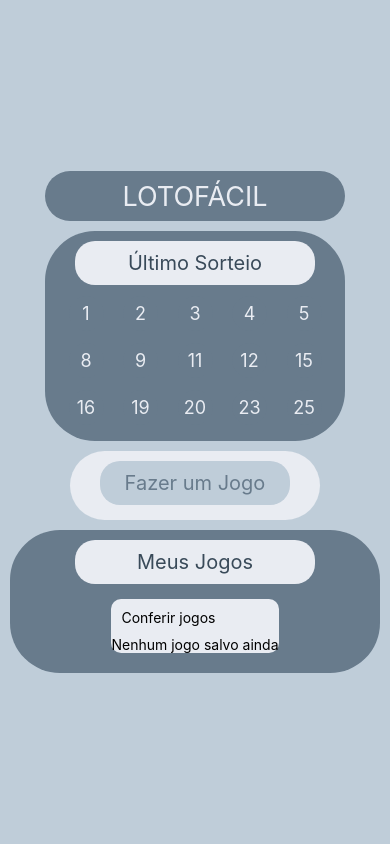
Repository: Deyvid-Kasteh/LotofacilApp
Screen: /
The author's editor kept a copy of each file at every save. The screen is drawn from the files as they stood at one save, then again after the next save.
The app was drawn by React Native's web renderer in a window 390 px wide. The project was rebuilt for these pictures with package versions that can differ from the ones it lists, and the page was loaded fresh each time. Also part of the build but not shown: Bolhas.js, components/Resultado.js, components/Jogo.js, paginaTESTE.js, paginaTESTE2.js, SeuComponentePai.js, components/ResultadoTexte2.js.

Above is the screen before, as saved 2023-12-02 23:17:08.

### App.js
import { StatusBar } from 'expo-status-bar';
import { Text, View } from 'react-native';
import MainPage from './pages/MainPage';

export default function App() {
  return (
    <MainPage/>
  );
}

### pages/MainPage.js
import { View, Text } from 'react-native'
import React from 'react'
import { StatusBar } from "expo-status-bar";
import Resultado from '../components/Resultado';
import PaginaTesteee from '../paginaTESTE';
import Teste2pagina from '../paginaTESTE2';
import SeuComponentePai from '../SeuComponentePai';
import ResultadoTexte from '../components/ResultadoTexte';
import ResultadoTexte2 from '../components/ResultadoTexte2';
import MostrarJogosSalvos from '../components/MostrarJogosSalvos';
import ResultadoTexteParaFazerCorreções from '../paginaTESTE';


const MainPage = () => {
  return (
    <View
      style={{
        flex: 1,
        alignItems: "center",
        justifyContent: "flex-start",
        backgroundColor: "#BFCDD9",
      }}
    >
      <StatusBar style="auto" />
      {/* <Text>Lotofácil</Text> */}
      {/* <Resultado /> */}
      {/* <PaginaTesteee /> */}
      {/* <Teste2pagina/> */}
      {/* <SeuComponentePai/> */}
      <ResultadoTexte />
      {/* <ResultadoTexte2/> */}
      {/* <MostrarJogosSalvos /> */}
      {/* <ResultadoTexteParaFazerCorreções/> */}
    </View>
  );
}

export default MainPage

### components/ResultadoTexte.js
import { View, Text, TouchableOpacity } from "react-native";
import React, { useState } from "react";
import AsyncStorage from "@react-native-async-storage/async-storage";

import Bubble from "./Bubble";
import latestJson from "../Latest.json";
import Bolhas from "../Bolhas";
import Jogo from "./Jogo";
import MostrarJogosSalvos from "./MostrarJogosSalvos";

// Defina constantes para cores
const backgroundColor1 = "#687B8C";
const backgroundColor2 = "#394A59";
const backgroundColor3 = "#E9ECF2";

const bolhasContainerStyle = {
  flexWrap: "wrap",
  flexDirection: "row",
  alignContent: "center",
  justifyContent: "space-evenly",
};
const ResultadoTexte = () => {
  const [viewHeight, setViewHeight] = useState(50);
  const toggleHeight = () => {
    const newHeight = viewHeight === 50 ? 200 : 50;
    setViewHeight(newHeight);
    console.log("mudou");
  };

  const [alturaView1, setAlturaView1] = useState(200);
  const toggleAltura = () => {
    const novaAltura = alturaView1 === 200 ? 50 : 200;
    setAlturaView1(novaAltura);
  };

  const [alturaView3, setAlturaView3] = useState(200);
  const toggleAlturaView3 = () => {
    const novaAlturaView3 = alturaView3 === 200 ? 50 : 200;
    setAlturaView3(novaAlturaView3);
  };

  const dezenas = latestJson.Dezenas;

  const renderFazerJogo = () => {
    const [chosenNumbers, setChosenNumbers] = useState([]);
    const bolhasSelecionadas = chosenNumbers.length;
    const onSaveJogoPress = async () => {
      if (bolhasSelecionadas === 15) {
        try {
          // Recupera os jogos já salvos (se existirem)
          const jogosSalvosJSON = await AsyncStorage.getItem("meusJogos");
          const jogosSalvos = jogosSalvosJSON
            ? JSON.parse(jogosSalvosJSON)
            : [];

          // Cria um objeto representando o jogo atual
          const jogoAtual = {
            numerosSelecionados: chosenNumbers,
            data: new Date().toLocaleString(),
          };

          // Adiciona o jogo atual à lista de jogos
          jogosSalvos.push(jogoAtual);

          // Salva a lista atualizada de jogos no AsyncStorage
          await AsyncStorage.setItem("meusJogos", JSON.stringify(jogosSalvos));

          console.log("Jogo salvo!");
          // Limpa os números escolhidos após salvar o jogo
          setChosenNumbers([]);
        } catch (error) {
          console.error("Erro ao salvar o jogo:", error);
        }
      } else {
        console.log("Selecione exatamente 15 números para salvar o jogo.");
      }
    };
    const handleBolhaPress = (numero) => {
      if (chosenNumbers.includes(numero)) {
        setChosenNumbers(chosenNumbers.filter((num) => num !== numero));
      } else {
        if (bolhasSelecionadas < 15) {
          setChosenNumbers([...chosenNumbers, numero]);
        }
      }
    };
    const dezenasParaEscolher = Array.from({ length: 25 }, (_, i) => i + 1);

    if (viewHeight === 50) {
      return null;
    } else {
      return (
        <View style={{ justifyContent: "center", alignItems: "center" }}>
          <View style={{}}>
            <Text
              style={{
                color: backgroundColor3,
                fontSize: 16,
              }}
            >
              Escolha 15 números
            </Text>
          </View>
          <View style={bolhasContainerStyle}>
            {dezenasParaEscolher.map((numero, index) => (
              <Bolhas
                key={index}
                numero={numero}
                choose={chosenNumbers.includes(numero)}
                onPress={() => handleBolhaPress(numero)}
              />
            ))}
          </View>
          <View key="números" style={{}}>
            <Text
              style={{
                color: backgroundColor3,
                fontSize: 16,
              }}
            >
              {bolhasSelecionadas} números selecionados
            </Text>
            <TouchableOpacity onPress={onSaveJogoPress}>
              <Text
                style={{
                  color: bolhasSelecionadas === 15 ? "green" : backgroundColor3,
                }}
              >
                SALVAR JOGO
              </Text>
            </TouchableOpacity>
            {/* <TouchableOpacity onPress={onDeleteJogosPress}>
              <Text style={{ color: "red" }}>DELETAR JOGOS</Text>
            </TouchableOpacity> */}
          </View>
        </View>
      );
    }
  };

  const renderConferirJogos = () => {
    if (alturaView3 === 50) {
      return null; // Retorna null se a altura for 50
    } else {
      return (
        <View style={bolhasContainerStyle}>
          <MostrarJogosSalvos />
        </View>
      );
    }
  };

  return (
    <View
      style={{
        flex: 1,
        justifyContent: "center",
        alignItems: "center",
      }}
    >
      <View
        style={{
          width: 300,
          height: 50,
          borderRadius: 50,
          alignItems: "center",
          justifyContent: "center",
          elevation: 2,
          backgroundColor: backgroundColor1,
          marginBottom: 10,
        }}
      >
        <Text
          style={{
            color: backgroundColor3,
            fontSize: 27,
          }}
        >
          LOTOFÁCIL
        </Text>
      </View>

      <View
        key="1"
        style={[
          {
            width: 300,
            padding: 10,
            borderRadius: 50,
            alignItems: "center",
            elevation: 2,
            backgroundColor: backgroundColor1,
            marginBottom: 10,
          },
          alturaView1 === 50
            ? { width: 250, backgroundColor: "#E9ECF2" }
            : { width: 300, backgroundColor: "#687B8C" },
        ]}
      >
        <TouchableOpacity
          style={[
            {
              width: 240,
              backgroundColor: backgroundColor3,
              elevation: 5,
              justifyContent: "center",
              alignItems: "center",
              padding: 10,
              borderRadius: 20,
              marginBottom: 5,
            },
            alturaView1 === 50
              ? { width: 190, backgroundColor: "#BFCDD9" }
              : { width: 240, backgroundColor: "#E9ECF2" },
          ]}
          onPress={() => toggleAltura()}
        >
          <Text
            style={{
              fontSize: 20,
              color: alturaView1 === 50 ? backgroundColor1 : backgroundColor2,
            }}
          >
            Último Sorteio
          </Text>
        </TouchableOpacity>

        {alturaView1 === 200 && (
          <View style={bolhasContainerStyle}>
            {dezenas.map((numero, index) => (
              <Bubble key={index} numero={numero} />
            ))}
          </View>
        )}
      </View>

      <View
        key="2"
        style={[
          {
            width: 300,
            padding: 10,
            borderRadius: 50,
            alignItems: "center",
            elevation: 2,
            marginBottom: 10,
          },
          viewHeight === 50
            ? { width: 250, backgroundColor: "#E9ECF2" }
            : { width: 300, backgroundColor: "#687B8C" },
        ]}
      >
        <TouchableOpacity
          style={[
            {
              width: 240,
              elevation: 5,
              justifyContent: "center",
              alignItems: "center",
              padding: 10,
              borderRadius: 20,
              marginBottom: 5,
            },
            viewHeight === 50
              ? { width: 190, backgroundColor: "#BFCDD9" }
              : { width: 240, backgroundColor: "#E9ECF2" },
          ]}
          onPress={() => toggleHeight()}
        >
          <Text
            style={{
              fontSize: 20,
              color: viewHeight === 50 ? backgroundColor1 : backgroundColor2,
            }}
          >
            Fazer um Jogo
          </Text>
        </TouchableOpacity>
        {renderFazerJogo()}
      </View>
      <View
        key="3"
        style={[
          {
            width: 300,
            padding: 10,
            borderRadius: 50,
            alignItems: "center",
            elevation: 2,
          },
          alturaView3 === 50
            ? { width: 250, backgroundColor: "#E9ECF2" }
            : { width: 370, backgroundColor: "#687B8C" },
        ]}
      >
        <TouchableOpacity
          style={[
            {
              width: 240,
              elevation: 5,
              justifyContent: "center",
              alignItems: "center",
              padding: 10,
              borderRadius: 20,
              marginBottom: 5,
            },
            alturaView3 === 50
              ? { width: 190, backgroundColor: "#BFCDD9" }
              : { width: 240, backgroundColor: "#E9ECF2" },
          ]}
          onPress={() => toggleAlturaView3()}
        >
          <Text
            style={{
              fontSize: 20,
              color: alturaView3 === 50 ? backgroundColor1 : backgroundColor2,
            }}
          >
            Meus Jogos
          </Text>
        </TouchableOpacity>
        {renderConferirJogos()}
        {/* <MostrarJogosSalvos/> */}
      </View>
    </View>
  );
};

export default ResultadoTexte;

### components/MostrarJogosSalvos.js
import React, { useState, useEffect } from "react";
import { View, Text, TouchableOpacity } from "react-native";
import AsyncStorage from "@react-native-async-storage/async-storage";
import Jogo from "./Jogo";
import * as Cores from "../assets/Cores";


const MostrarJogosSalvos = () => {
  const [jogosSalvos, setJogosSalvos] = useState([]);

  // Adicione a função saveJogos
  const saveJogos = async (jogos) => {
    try {
      await AsyncStorage.setItem("meusJogos", JSON.stringify(jogos));
    } catch (error) {
      console.error("Erro ao salvar jogos:", error);
    }
  };

  const handleDelete = async (index) => {
    try {
      const jogosAtualizados = [...jogosSalvos];
      jogosAtualizados.splice(index, 1);

      await saveJogos(jogosAtualizados);

      setJogosSalvos(jogosAtualizados);
    } catch (error) {
      console.error("Erro ao deletar jogo:", error);
    }
  };

  useEffect(() => {
    const carregarJogosSalvos = async () => {
      try {
        const jogosSalvosJSON = await AsyncStorage.getItem("meusJogos");
        const jogosSalvos = jogosSalvosJSON ? JSON.parse(jogosSalvosJSON) : [];
        setJogosSalvos(jogosSalvos);
      } catch (error) {
        console.error("Erro ao carregar jogos salvos:", error);
      }
    };

    carregarJogosSalvos();
  }, []);

  return (
    <View
      style={{
        borderRadius: 10,
        margin: 10,
        backgroundColor: Cores.cor1,
      }}
    >
      <View
        style={{
          margin: 10,
        }}
      >
        <Text>Conferir jogos</Text>
      </View>
      {jogosSalvos.length === 0 ? (
        <Text>Nenhum jogo salvo ainda</Text>
      ) : (
        jogosSalvos.map((jogo, index) => (
          <Jogo
            key={index}
            numerosSelecionados={jogo.numerosSelecionados}
            onDelete={() => handleDelete(index)}
          />
        ))
      )}
    </View>
  );
};

export default MostrarJogosSalvos;

### components/Bubble.js
import { View, Text } from "react-native";
import React from "react";

const Bubble = (props) => {
  if (props.choose) {console.log(props.choose)}
  return (
    <View
      style={[
        {
          width: 35,
          height: 35,
          // backgroundColor: "#394A59",
          // backgroundColor: "#687B8C",

          borderRadius: 50,
          alignContent: "center",
          justifyContent: "center",
          alignItems: "center",
          margin: 6,
          // elevation: 5,
          opacity: 1,
        },
        props.choose
          ? { backgroundColor: "#394A59" }
          : { backgroundColor: "#687B8C" },
      ]}
    >
      <Text
        style={{
          color: "#E9ECF2",
          fontSize: 18,
        }}
      >
        {props.numero}
      </Text>
    </View>
  );
};

export default Bubble;

### Latest.json
{
  "concurso": 2960,
  "Data Sorteio": "22/11/2023",
  "Dezenas": [
    1,
    2,
    3,
    4,
    5,
    8,
    9,
    11,
    12,
    15,
    16,
    19,
    20,
    23,
    25
  ],
  "Ganhadores 15 acertos": 3,
  "Cidade / UF": "BRASILIA/DF; JARAGUA/GO; IPATINGA/MG",
  "Premio 15 Acertos": "R$1.639.439,24",
  "Ganhadores 14 Acertos": 433,
  "Premio 14 Acertos": "R$1.732,84",
  "Ganhadores 13 Acertos": 13831,
  "Premio 13 Acertos": "R$30,00",
  "Ganhadores 12 Acertos": 163567,
  "Premio 12 Acertos": "R$12,00",
  "Ganhadores 11 Acertos": 882304,
  "Premio 11 Acertos": "R$6,00"
}

### assets/Cores.js
export const cor1 = "#E9ECF2"; // Cor mais clara
export const cor2 = "#BFCDD9";
export const cor3 = "#95ACBF";
export const cor4 = "#687B8C";
export const cor5 = "#394A59"; // Cor mais escura

After the next save:
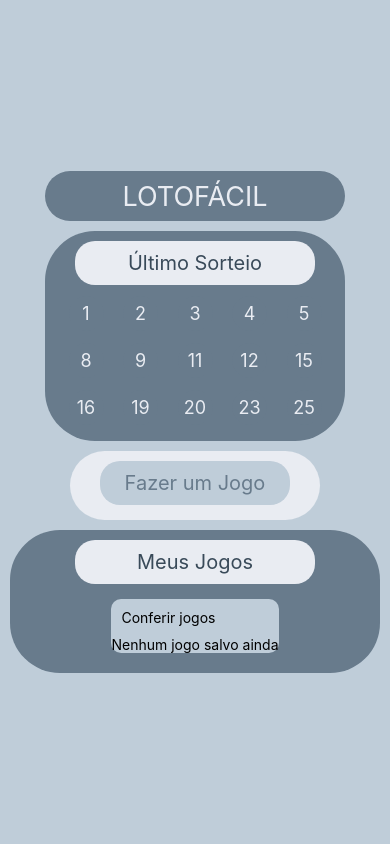
Saved 78 s later.
--- a/components/MostrarJogosSalvos.js
+++ b/components/MostrarJogosSalvos.js
@@ -49,7 +49,7 @@
       style={{
         borderRadius: 10,
         margin: 10,
-        backgroundColor: Cores.cor1,
+        backgroundColor: Cores.cor2,
       }}
     >
       <View
